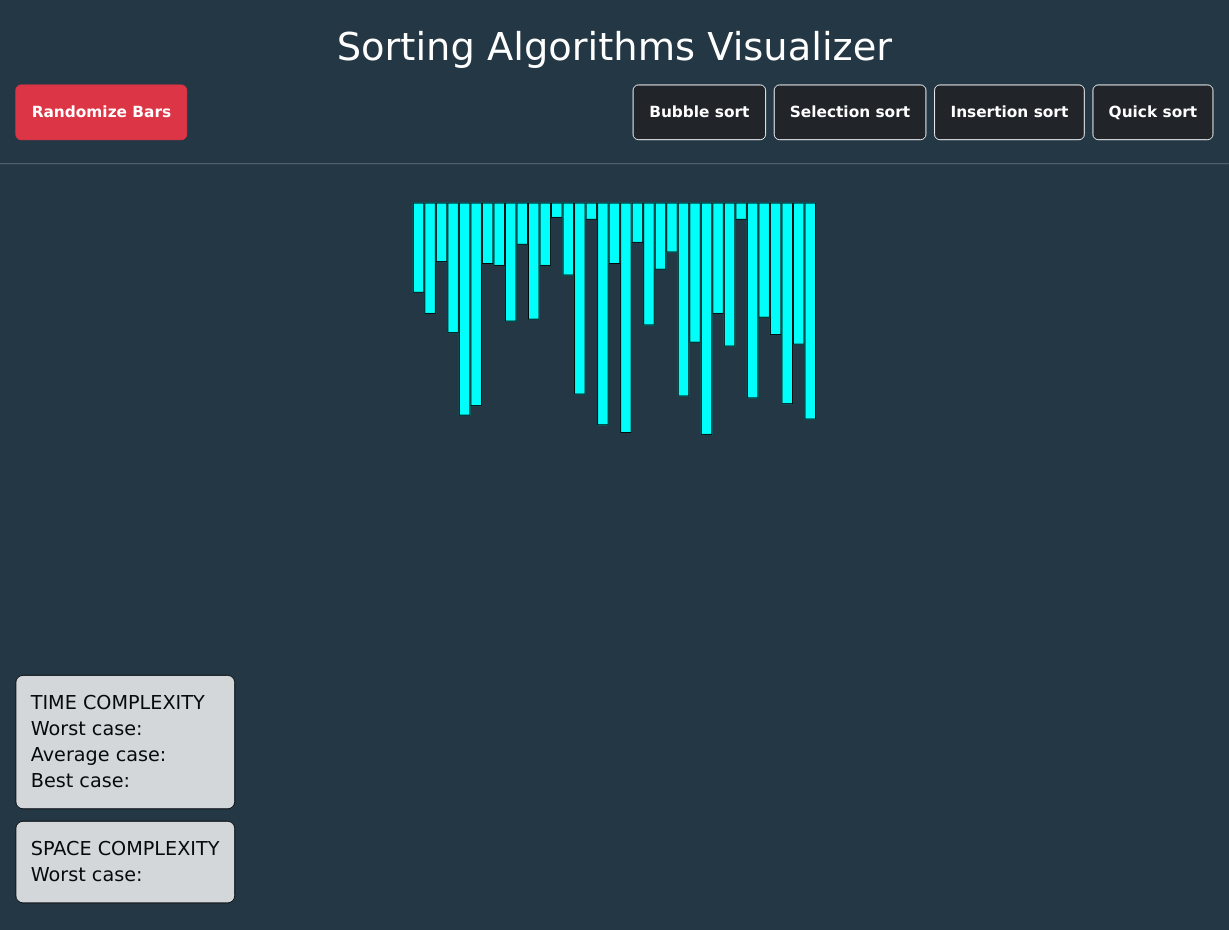
Repository: Vasil1001/Sorting-Algorithms-Visualizer-js
Page: views/index.html
An editor plug-in stored every save of this project. The page is shown before and after a run of saves, followed by the edit.
The browser window is 1280 px wide. The pictures show the whole page, at 96% of full size.

Above is the page before, as saved 2022-11-04 01:32:05.

### views/index.html
<!doctype html>
<html lang="en">

<head>
  <meta charset="utf-8">
  <meta name="viewport" content="width=device-width, initial-scale=1">

  <title>Sorting Algorithms Visualizer</title>

  <!-- Import css & bootstrap-->
  <link href="https://cdn.jsdelivr.net/npm/bootstrap@5.2.2/dist/css/bootstrap.min.css" rel="stylesheet"
    integrity="sha384-Zenh87qX5JnK2Jl0vWa8Ck2rdkQ2Bzep5IDxbcnCeuOxjzrPF/et3URy9Bv1WTRi" crossorigin="anonymous">
  <link rel="stylesheet" href="/css/base.css">

</head>

<body>

  <h1 align="center" class="mt-4">Sorting Algorithms Visualizer</h1>

  <nav class="navbar navbar-expand-lg">

    <div class="container-fluid">
      <button type="button" class="btn btn-danger mx-1 p-3 " id="new_array" style="color: white;"><b>Randomize Bars </b>
      </button>
      <ul class="navbar-nav">
        <li class="nav-item">
          <button type="button" class="btn btn-dark border-light mx-1 p-3 " id="bubble_sort"
            style="color: white;"><b>Bubble sort</b> </button>
        </li>
        <li class="nav-item">
          <button type="button" class="btn btn-dark border-light mx-1 p-3 " id="selection_sort"
            style="color: rgb(255, 255, 255);">
            <b>Selection sort</b></button>
        </li>
        <li class="nav-item">
          <button type="button" class="btn btn-dark border-light mx-1 p-3 " id="insertion_sort" style="color: white;">
            <b>Insertion sort</b></button>
        </li>
        <li class="nav-item">
          <button type="button" class="btn btn-dark border-light mx-1 p-3 " id="quick_sort" style="color: white;">
            <b>Quick sort</b></button>
        </li>

      </ul>
    </div>
  </nav>

  <hr style="color: white;">

  <div id="bars" class="bars flex-container p-4"></div>

  <div id="boxes">

    <div id="leftbox">
      <div id="box1">
        <h5>TIME COMPLEXITY</h5>
        <div>
          <h5>Worst case: </h5>
          <h5 id="worst_time"></h5>
        </div>
        <div>
          <h5>Average case: </h5>
          <h5 id="average_time"></h5>
        </div>
        <div>
          <h5>Best case: </h5>
          <h5 id="best_time"></h5>
        </div>

      </div>

      <div id="box2">

        <h5>SPACE COMPLEXITY</h5>
        <div>
          <h5>Worst case:</h5>
          <h5 id="space_complexity"></h5>
        </div>
      </div>
    </div>

  </div>


  <!-- Import css & bootstrap-->
  <script src="https://cdn.jsdelivr.net/npm/bootstrap@5.2.2/dist/js/bootstrap.bundle.min.js"
    integrity="sha384-OERcA2EqjJCMA+/3y+gxIOqMEjwtxJY7qPCqsdltbNJuaOe923+mo//f6V8Qbsw3"
    crossorigin="anonymous"></script>

  <script src="/sort_algos_js_files/index.js"></script>

  <script src="/sort_algos_js_files/bubble.js"></script>
  <script src="/sort_algos_js_files/selection.js"></script>
  <script src="/sort_algos_js_files/insertion.js"></script>
  <script src="/sort_algos_js_files/quicksort.js"></script>


</body>

</html>

### css/base.css
body {
    background-color: rgb(35, 55, 68);
    color:white;
    font-size: 18px;
    font-family: 'Lucida Sans', 'Lucida Sans Regular', 'Lucida Grande', 'Lucida Sans Unicode', Geneva, Verdana, sans-serif;
}

.flex-container{
    margin-top: 1px;
    display: flex;
    flex-wrap: nowrap;
    justify-content: center;
    transition: 1.5s all ease;
    width: 100%;
    height: 500px;

}

/* STYLING FOR THE BARS */
.flex-item{
    background: rgb(0, 255, 251);
    border: 1pt solid black;
    width: 12px;
    transition: 0.1s all ease;
}

#leftbox {
    float:left;
    color: black;
    padding: 16px;
}

#box1, #box2 {
    background:white;
    opacity: 0.8;
    border: 1pt solid black;
    border-radius: 8px;
    padding: 15px;
    margin-bottom: 12px;
}

h5 {
    display: inline;
}

### sort_algos_js_files/index.js
let random_array_100 = [];
createBarArray();

function createBarArray() {
    // replace array
    deletePreviousArray()

    // Array to store randomly generated numbers
    random_array_100 = [];
    var numberOfBars = 0;
    let l = 35;

    // get a random number and add it to the array until there are 100 in array
    for (numberOfBars = 0; numberOfBars < l; numberOfBars++) {
        random_array_100.push(Math.round(Math.random() * l * 3.5));
    }
    // print 100 random numbers of the array
    console.log(random_array_100);


    // select the div #bars element
    const bars = document.querySelector("#bars");
    // make bars with height from random array numbers
    for (let i = 0; i < random_array_100.length; i++) {
        // create div bar for each number in the array
        const bar = document.createElement("div");
        bar.style.height = `${random_array_100[i] * 2}px`;
        bar.classList.add('bar');
        bar.classList.add('flex-item');
        bar.classList.add(`barNo${i}`);
        bars.appendChild(bar);
    }
}

function deletePreviousArray() {
    const bar = document.querySelector("#bars");
    bar.innerHTML = '';
}

document.getElementById("new_array").addEventListener("click", function () {
    createBarArray();
});

function swap(element1, element2) {
    //https://www.geeksforgeeks.org/bubble-sort/
    let temp = element1.style.height;
    element1.style.height = element2.style.height;
    element2.style.height = temp;
}

// disable all the buttons or if button is pressed again algo will bug out
function disableButtonsOnSortRun() {
    document.getElementById("new_array").disabled = true;

    document.getElementById("bubble_sort").disabled = true;
    document.getElementById("selection_sort").disabled = true;
    document.getElementById("insertion_sort").disabled = true;
    document.getElementById("quick_sort").disabled = true;
}

function enableButtonsAfterSortRun() {
    document.getElementById("new_array").disabled = false;

    document.getElementById("bubble_sort").disabled = false;
    document.getElementById("selection_sort").disabled = false;
    document.getElementById("insertion_sort").disabled = false;
    document.getElementById("quick_sort").disabled = false;
}

### sort_algos_js_files/bubble.js
async function bubbleSort() {

    //Setting Time complexities
    document.getElementById("worst_time").innerText = "O(N^2)";
    document.getElementById("average_time").innerText = "Θ(N^2)";
    document.getElementById("best_time").innerText = "Ω(N)";

    //Setting Space complexity
    document.getElementById("space_complexity").innerText = "O(1)";

    console.log('bubble sort clicked');
    // get the bars from index
    const barsArray = document.querySelectorAll(".bar");

    for (let i = 0; i < barsArray.length - 1; i++) {
        console.log("In first i loop");

        for (j = 0; j < barsArray.length - i - 1; j++) {
            console.log("In j loop");
            barsArray[j].style.background = 'blue';
            barsArray[j + 1].style.background = 'blue';

            if (parseInt(barsArray[j].style.height) > parseInt(barsArray[j + 1].style.height)) {
                console.log("If barsArray 1 > barsArray 2 swap them");
                await new Promise(r => setTimeout(r, 50));
                swap(barsArray[j], barsArray[j + 1]);
            }
            barsArray[j].style.background = 'cyan';
            barsArray[j + 1].style.background = 'cyan';
        }
        barsArray[barsArray.length - 1 - i].style.background = 'pink';
    }
    barsArray[0].style.background = 'pink';
}


document.getElementById("bubble_sort").addEventListener("click", async function () {
    disableButtonsOnSortRun();
    await bubbleSort();
    enableButtonsAfterSortRun();

});

### sort_algos_js_files/selection.js
async function selectionSort() {

    //Setting Time complexities
    document.getElementById("worst_time").innerText = "O(N^2)";
    document.getElementById("average_time").innerText = "Θ(N^2)";
    document.getElementById("best_time").innerText = "Ω(N^2)";

    //Setting Space complexity
    document.getElementById("space_complexity").innerText = "O(1)";

    console.log('bubble sort clicked');
    // get the bars from index
    const barsArray = document.querySelectorAll(".bar");

    // One by one move boundary of unsorted subarray
    for (let i = 0; i < barsArray.length; i++) {
        console.log("In first i loop");
        // Find the minimum barsArray in unsorted array
        let min_idx = i;
        //mark the smallest height in blue bar
        barsArray[i].style.background = 'blue';

        for (let j = i + 1; j < barsArray.length; j++) {
            console.log("In j loop");
            // Change color for the current comparision (in consideration for min_index)
            barsArray[j].style.background = 'red';

            await new Promise(r => setTimeout(r, 50));
            if (parseInt(barsArray[j].style.height) < parseInt(barsArray[min_idx].style.height)) {
                console.log("If barsArray 1 < current smallest barsArray change current smalest");
                if (min_idx !== i) {
                    //  there is a new minimum so change last to normal cyan
                    barsArray[min_idx].style.background = 'cyan';
                }
                min_idx = j;
            }
            else {
                barsArray[j].style.background = 'cyan';
            }
        }
        await new Promise(r => setTimeout(r, 50));
        swap(barsArray[min_idx], barsArray[i]);

        // color mid index blue after reset as it has been swapped
        barsArray[min_idx].style.background = 'cyan';

        // change the sorted bar color to green
        barsArray[i].style.background = 'green';
    }
}


document.getElementById("selection_sort").addEventListener("click", async function () {
    disableButtonsOnSortRun();
    await selectionSort();
    enableButtonsAfterSortRun();

});

### sort_algos_js_files/insertion.js
async function insertionSort() {

    //Setting Time complexities
    document.getElementById("worst_time").innerText = "O(N^2)";
    document.getElementById("average_time").innerText = "Θ(N^2)";
    document.getElementById("best_time").innerText = "Ω(N)";

    //Setting Space complexity
    document.getElementById("space_complexity").innerText = "O(1)";

    console.log('insertion sort clicked');

    // get the bars from index
    const barsArray = document.querySelectorAll(".bar");
    barsArray[0].style.background = 'green';

    for (let i = 1; i < barsArray.length; i++) {
        console.log("In first i loop");

        let key = barsArray[i].style.height;
        let j = i - 1;

        barsArray[i].style.background = 'blue';

        await new Promise(r => setTimeout(r, 50));

        while (j >= 0 && (parseInt(barsArray[j].style.height) > parseInt(key))) {
            console.log("In j loop");
            barsArray[j].style.background = 'blue';
            barsArray[j + 1].style.height = barsArray[j].style.height;
            j--;

            await new Promise(r => setTimeout(r, 50));

            // color sorted side
            for (let k = i; k >= 0; k--) {
                barsArray[k].style.background = 'yellow';
            }
        }
        barsArray[j + 1].style.height = key;
        barsArray[i].style.background = 'yellow';

    }
}


document.getElementById("insertion_sort").addEventListener("click", async function () {
    disableButtonsOnSortRun();
    await insertionSort();
    enableButtonsAfterSortRun();

});

### sort_algos_js_files/quicksort.js
async function quickSort() {

    //Setting Time complexities
    document.getElementById("worst_time").innerText = "O(N^2)";
    document.getElementById("average_time").innerText = "Θ(N log N)";
    document.getElementById("best_time").innerText = "Ω(N log N)";

    //Setting Space complexity
    document.getElementById("space_complexity").innerText = "O(log N)";


    console.log('quicksort clicked');
    // get the bars from index
    const barsArray = document.querySelectorAll(".bar");
    barsArray[0].style.background = 'green';

    let pivot = barsArray
    for (let i = 1; i < barsArray.length; i++) {
        console.log("In first i loop");

        let key = barsArray[i].style.height;
        let j = i - 1;

        barsArray[i].style.background = 'blue';

        await new Promise(r => setTimeout(r, 50));

        while (j >= 0 && (parseInt(barsArray[j].style.height) > parseInt(key))) {
            console.log("In j loop");
            barsArray[j].style.background = 'blue';
            barsArray[j + 1].style.height = barsArray[j].style.height;
            j--;

            await new Promise(r => setTimeout(r, 50));

            // color sorted side
            for (let k = i; k >= 0; k--) {
                barsArray[k].style.background = 'yellow';
            }
        }
        barsArray[j + 1].style.height = key;
        barsArray[i].style.background = 'yellow';

    }
}

async function partition(barsArray, low, high) {
    let i = (low - 1);

    barsArray[high].style.background = 'red';

    for (let j = low; j <= high - 1; j++) {
        barsArray[j].style.background = 'yellow';

        await new Promise(r => setTimeout(r, 50));

        if (parseInt(barsArray[j].style.height) < parseInt(barsArray[high].style.height)) {
            i++;
            swap(barsArray[i], barsArray[j]);

            barsArray[i].style.background = 'orange';
            await new Promise(r => setTimeout(r, 50));
        } else {
            // color if not less than pivot
            barsArray[j].style.background = 'blue';
        }
    }
    i++;
    await new Promise(r => setTimeout(r, 50));
    swap(barsArray[i], barsArray[high])

    barsArray[high].style.background = 'blue';
    barsArray[low].style.background = 'green';

    await new Promise(r => setTimeout(r, 50));

    // color
    for (let k = 0; k < barsArray.length; k++) {
        if (barsArray[k].style.background != 'green')
            barsArray[k].style.background = 'green';
    }
    return i;
}

async function quickSort(barsArray, low, high) {
    if (low < high) {
        let pivot_index = await partition(barsArray, low, high);
        await quickSort(barsArray, low, pivot_index - 1);
        await quickSort(barsArray, pivot_index + 1, high);
    } else {
        if (low >= 0 && high >= 0 && low < barsArray.length && high < barsArray.length) {
            barsArray[high].style.background = 'green';
            barsArray[low].style.background = 'green';
        }
    }
}

document.getElementById("quick_sort").addEventListener("click", async function () {
    let barsArray = document.querySelectorAll('.bar');
    let low = 0;
    let high = barsArray.length - 1;

    disableButtonsOnSortRun();
    await quickSort(barsArray, low, high);
    enableButtonsAfterSortRun();
});

After the next 2 saves:
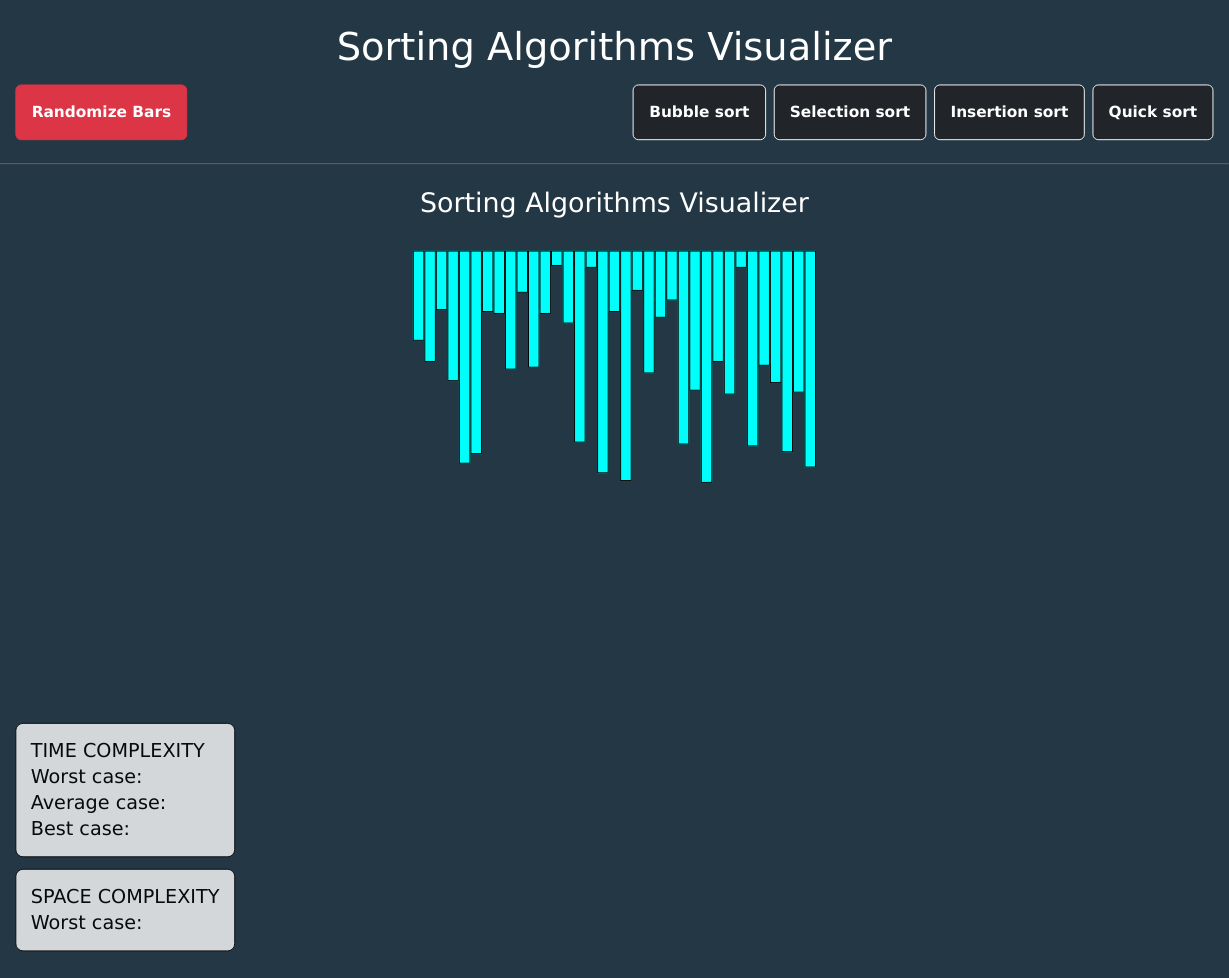
The 2 saves are shown as one change because they came seconds apart.
The last was saved 56 s later.
--- a/views/index.html
+++ b/views/index.html
@@ -47,7 +47,7 @@
   </nav>
 
   <hr style="color: white;">
-
+  <h3 align="center" class="mt-4">Sorting Algorithms Visualizer</h1>
   <div id="bars" class="bars flex-container p-4"></div>
 
   <div id="boxes">
